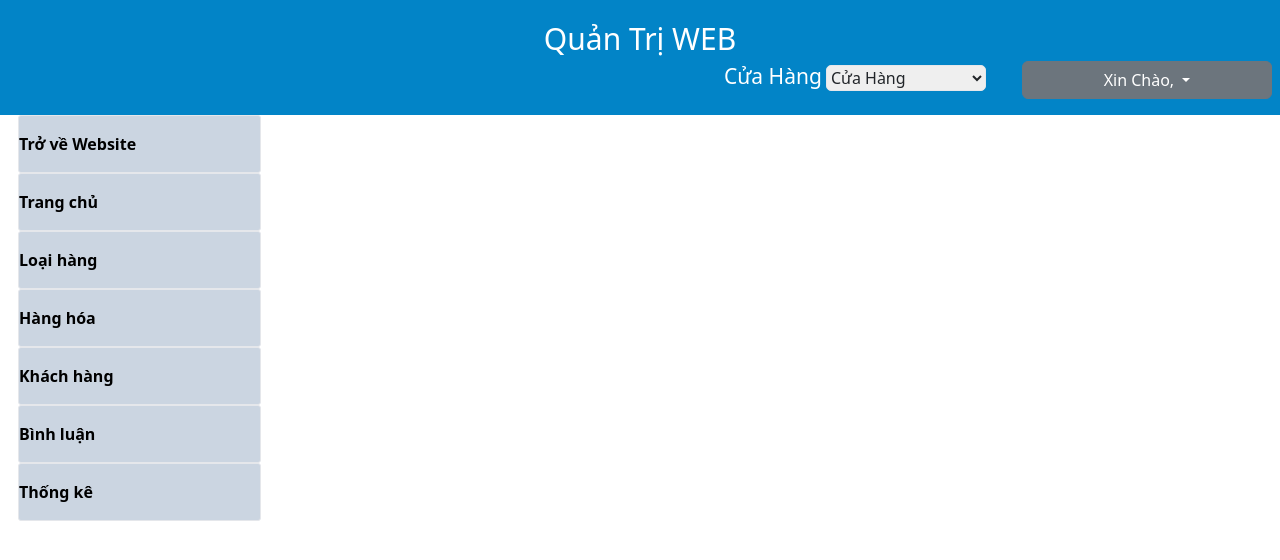
Repository: Leduc20/Website-Shopping-Clothes-Men-master
Page: http://localhost/webbanhang/admin/?list-danh-muc
An editor plug-in stored every save of this project. The page is shown before and after a run of saves, followed by the edit.
The browser window is 1280 px wide. The pictures show the whole page.
Some icons come from a web library that is not loaded, so they are not drawn. Some web fonts or font styles are not loaded; a fallback is used. Some web libraries are served in a nearby version. The page is run by PHP 8.4 with error messages shown; the project is at /var/www/html/.

Above is the page before, as saved 2022-11-14 17:24:59.

### admin/index.php
<?php
    require_once '../global.php';
    require_once '../model/pdo.php';

    if(isset($_GET['chi-tiet'])){
        $VIEW_NAME = 'chi-tiet.php';
    }elseif(isset($_GET['danh-muc'])){
        $VIEW_NAME = 'danh-muc.php';
    }else{
        $VIEW_NAME = 'trang-chu.php';
    }

    include_once '../admin/layout.php';
?>

### global.php
<?php

function dd(){
    echo "<pre>";
    $args = func_get_args();
    var_dump($args);
    die;
}


const BASE_URL = "http://localhost/WEBBANHANG/";
const SITE_URL = BASE_URL . "site/index.php";
const ADMIN_BASE = BASE_URL . 'admin/';


?>

### model/pdo.php
<?php
const DBNAME = "mvc";
const DBUSER = "root";
const DBPASS = "";
const DBCHARSET = "utf8";
const DBHOST = "127.0.0.1";

// tạo kết nối từ project php sang mysql
function getConnect(){
    $connect = new PDO("mysql:host=" . DBHOST
                        . ";dbname=" . DBNAME
                        . ";charset=" . DBCHARSET,
                        DBUSER,
                        DBPASS
            );
    return $connect;
}



function pdo_query_all($query){
    // select * from users where email = ? or role_id = ?

    $args = func_get_args();
    $args = array_slice($args, 1);

    $conn = getConnect();

    $stmt = $conn->prepare($query);
    $stmt->execute($args);
    $data = $stmt->fetchAll();
    if(count($data) > 0){
        return $data;
    }

    return [];

}


function pdo_query_one($query){
    // select * from users where email = ? or role_id = ?

    $args = func_get_args();
    $args = array_slice($args, 1);

    $conn = getConnect();

    $stmt = $conn->prepare($query);
    $stmt->execute($args);
    $data = $stmt->fetch();
    if(count($data) > 0){
        return $data;
    }
    return null;

}


function pdo_execute_get_id($query){

    $args = func_get_args();
    $args = array_slice($args, 1);

    $conn = getConnect();

    $stmt = $conn->prepare($query);
    $stmt->execute($args);
    $lastId =  $conn->lastInsertId();
    return $lastId;
}


function pdo_execute($query){

    $args = func_get_args();
    $args = array_slice($args, 1);

    $conn = getConnect();

    $stmt = $conn->prepare($query);
    $stmt->execute($args);

}
?>

### admin/layout.php
<!DOCTYPE html>
<html lang="en">

<head>
    <meta charset="UTF-8">
    <meta http-equiv="X-UA-Compatible" content="IE=edge">
    <meta name="viewport" content="width=device-width, initial-scale=1.0">
    <title>Show_Product</title>
    <script src="https://cdn.tailwindcss.com"></script>
    <link rel="stylesheet" href="https://cdn.jsdelivr.net/npm/bootstrap@5.2.0/dist/css/bootstrap.min.css">
    <script src="https://cdn.jsdelivr.net/npm/bootstrap@5.2.0/dist/js/bootstrap.bundle.min.js"></script>
    <link rel="stylesheet" href="../public/icon/fontawesome-free-6.1.1-web">
    <link rel="stylesheet" href="../public/icon/fontawesome-free-6.1.1-web/">
    <script src="https://ajax.aspnetcdn.com/ajax/jQuery/jquery-3.2.1.min.js"></script>
    <script src="http://ajax.aspnetcdn.com/ajax/jquery.validate/1.9/jquery.validate.min.js" type="text/javascript"></script>
</head>

<body>
    <section class="bg-sky-600 py-3 px-2">
        <?php include_once $VIEW_NAME='header.php'; ?>
    </section>
    <section class="flex px-2">
    <?php include_once $VIEW_NAME='menu.php'; ?>
    </section>

</body>

</html>

### admin/header.php
<p class="text-center text-white text-[30px]">Quản Trị WEB</p>
        <div class="flex justify-end">
            <form action="">
                <span class="text-white text-[21px]">Cửa Hàng</span>
                <select name="" id="" class="border-[1px] w-[160px] rounded-[5px]">
                    <option value="">Cửa Hàng</option>
                    <option value="">A</option>
                    <option value="">b</option>
                    <option value="">c</option>
                </select>
            </form>
            <div class="dropdown ml-9 w-[250px]">
                <span class="btn btn-secondary dropdown-toggle w-[250px]" href="#" role="button" data-bs-toggle="dropdown" aria-expanded="false">

                    Xin Chào,<?php
                                if (isset($_SESSION['user'])) {
                                    extract($_SESSION['user']);
                                    echo '<span class="">' . $name . '</span>';
                                }

                                ?>
                </span>

                <ul class="dropdown-menu">
                    <li><a class="dropdown-item" href="#"><i class="fa-solid fa-user"></i>Tài khoản</a></li>
                    <li><a class="dropdown-item" href="index.php?act=thoat"><i class="fa-solid fa-arrow-right-from-bracket"></i>Thoát</a></li>

                </ul>
            </div>
        </div>

### admin/menu.php
<div class="w-[20%]">
            <ul>
                <li class="ml-[10px] py-3 ml-1 border-[1px] bg-slate-300 rounded-[3px] font-bold hover:bg-white">
                    <a class="no-underline text-black" href="../../Xshop-HT/"><i class="fa-solid fa-house"></i>Trở về Website</a>
                </li>
                <li class="ml-[10px] py-3 ml-1 border-[1px] bg-slate-300 rounded-[3px] font-bold hover:bg-white">
                    <a class="no-underline text-black" href="index.php"><i class="fa-solid fa-store"></i>Trang chủ</a>
                </li>
                <li class="ml-[10px] py-3 ml-1 border-[1px] bg-slate-300 rounded-[3px] font-bold hover:bg-white">
                    <a class="no-underline text-black" href="index.php?act=addlh"><i class="fa-solid fa-list"></i>Loại hàng</a>
                </li>
                <li class="ml-[10px] py-3 ml-1 border-[1px] bg-slate-300 rounded-[3px] font-bold hover:bg-white">
                    <a class="no-underline text-black" href="index.php?act=addhh"><i class="fa-solid fa-cart-shopping"></i>Hàng hóa</a>
                <li class="ml-[10px] py-3 ml-1 border-[1px] bg-slate-300 rounded-[3px] font-bold hover:bg-white">
                    <a class="no-underline text-black" href="index.php?act=addkh"><i class="fa-solid fa-users"></i>Khách hàng</a>
                </li>
                <li class="ml-[10px] py-3 ml-1 border-[1px] bg-slate-300 rounded-[3px] font-bold hover:bg-white">
                    <a class="no-underline text-black" href="index.php?act=dsbl"><i class="fa-solid fa-comments"></i>Bình luận</a>
                </li>
                <li class="ml-[10px] py-3 ml-1 border-[1px] bg-slate-300 rounded-[3px] font-bold hover:bg-white">
                    <a class="no-underline text-black" href="index.php?act=dstk"><i class="fa-solid fa-chart-simple"></i>Thống kê</a>
                </li>
            </ul>
        </div>

Loaded but not shown: site/src/font/css/all.min.css (library)

After the next 5 saves:
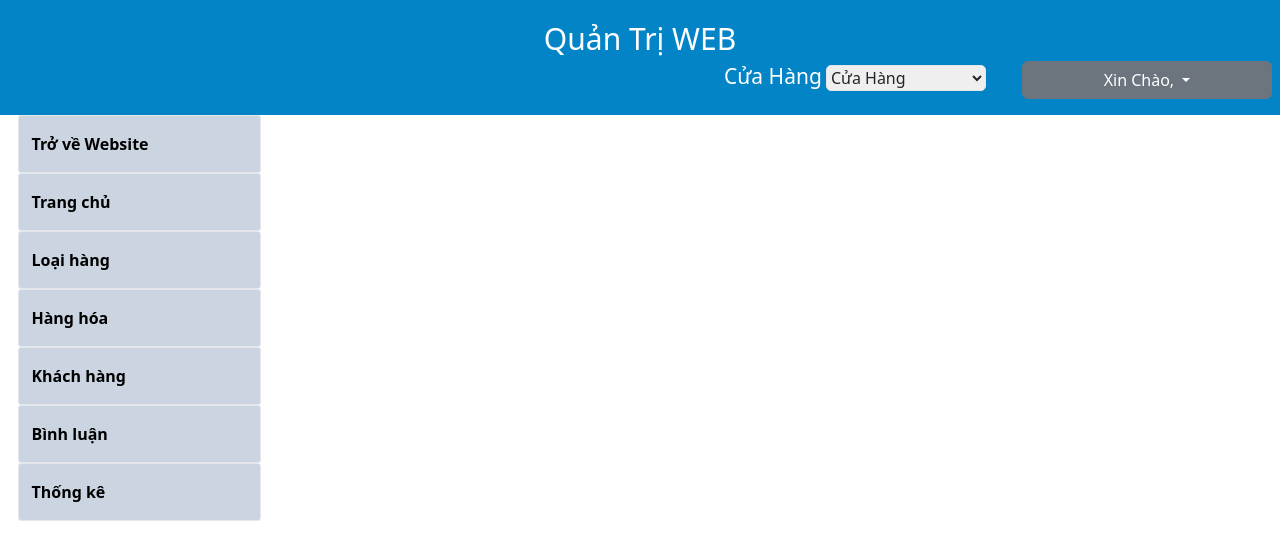
The 5 saves are shown as one change because they came seconds apart.
The last was saved 12 s later.
--- a/admin/layout.php
+++ b/admin/layout.php
@@ -10,7 +10,7 @@
     <link rel="stylesheet" href="https://cdn.jsdelivr.net/npm/bootstrap@5.2.0/dist/css/bootstrap.min.css">
     <script src="https://cdn.jsdelivr.net/npm/bootstrap@5.2.0/dist/js/bootstrap.bundle.min.js"></script>
     <link rel="stylesheet" href="../public/icon/fontawesome-free-6.1.1-web">
-    <link rel="stylesheet" href="../public/icon/fontawesome-free-6.1.1-web/">
+    <link rel="stylesheet" href="../public/icon/fontawesome-free-6.1.1-web/css/all.min.css">
     <script src="https://ajax.aspnetcdn.com/ajax/jQuery/jquery-3.2.1.min.js"></script>
     <script src="http://ajax.aspnetcdn.com/ajax/jquery.validate/1.9/jquery.validate.min.js" type="text/javascript"></script>
 </head>
